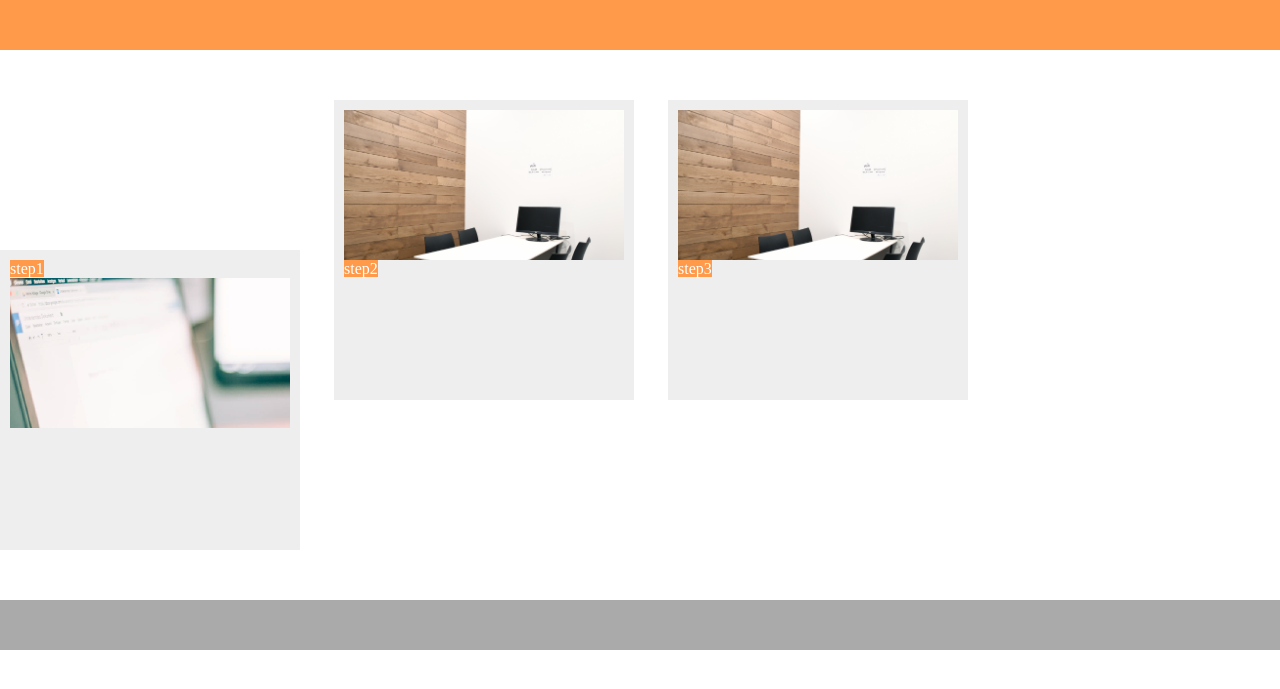
Repository: kiruha313/DWC
Page: exersise9/index.html
The author's editor kept a record of every edit. The page is drawn from the files as they stood at one moment, then again after the next edit.
The browser window is 1280 px wide. The pictures show the whole page.

Above is the page before.

After the next edit:
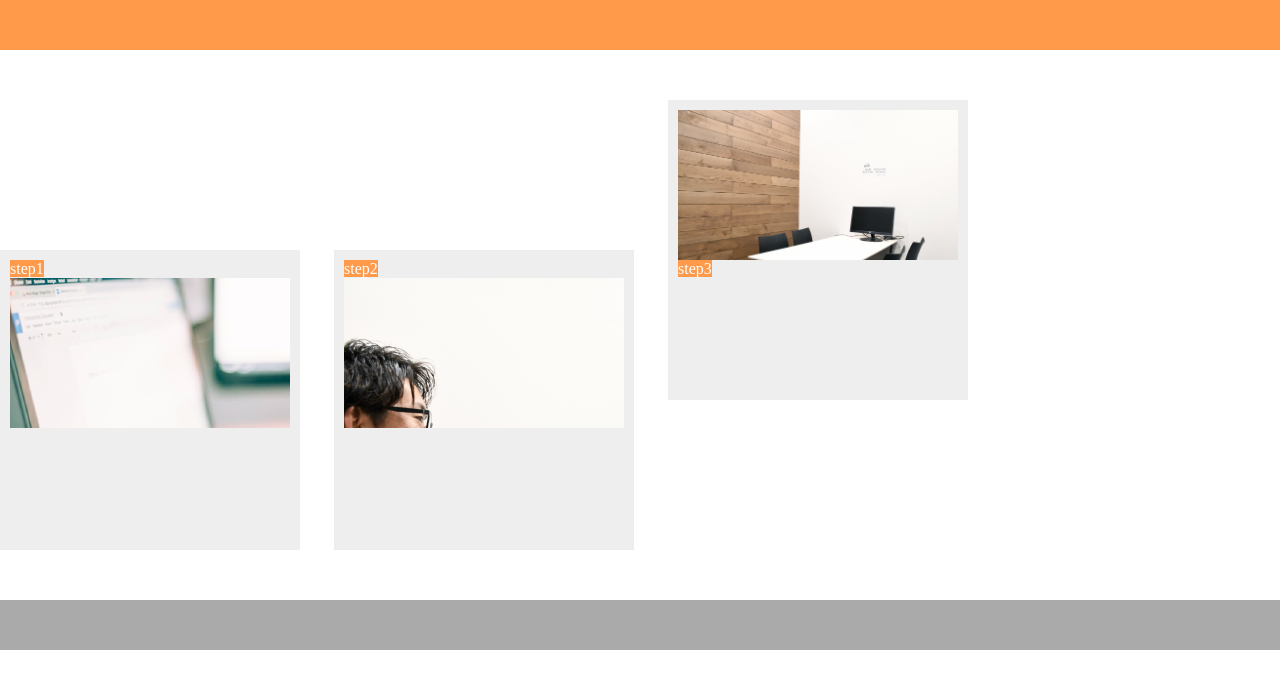
The edit:
--- a/exersise9/index.html
+++ b/exersise9/index.html
@@ -15,8 +15,8 @@
     </div>
 
     <div class="step">
-      <div class="step2-img"></div>
-      <span class="step1">step2</span>
+      <span class="step3">step2</span>
+      <div class="step3-img"></div>
     </div>
 
     <div class="step">
